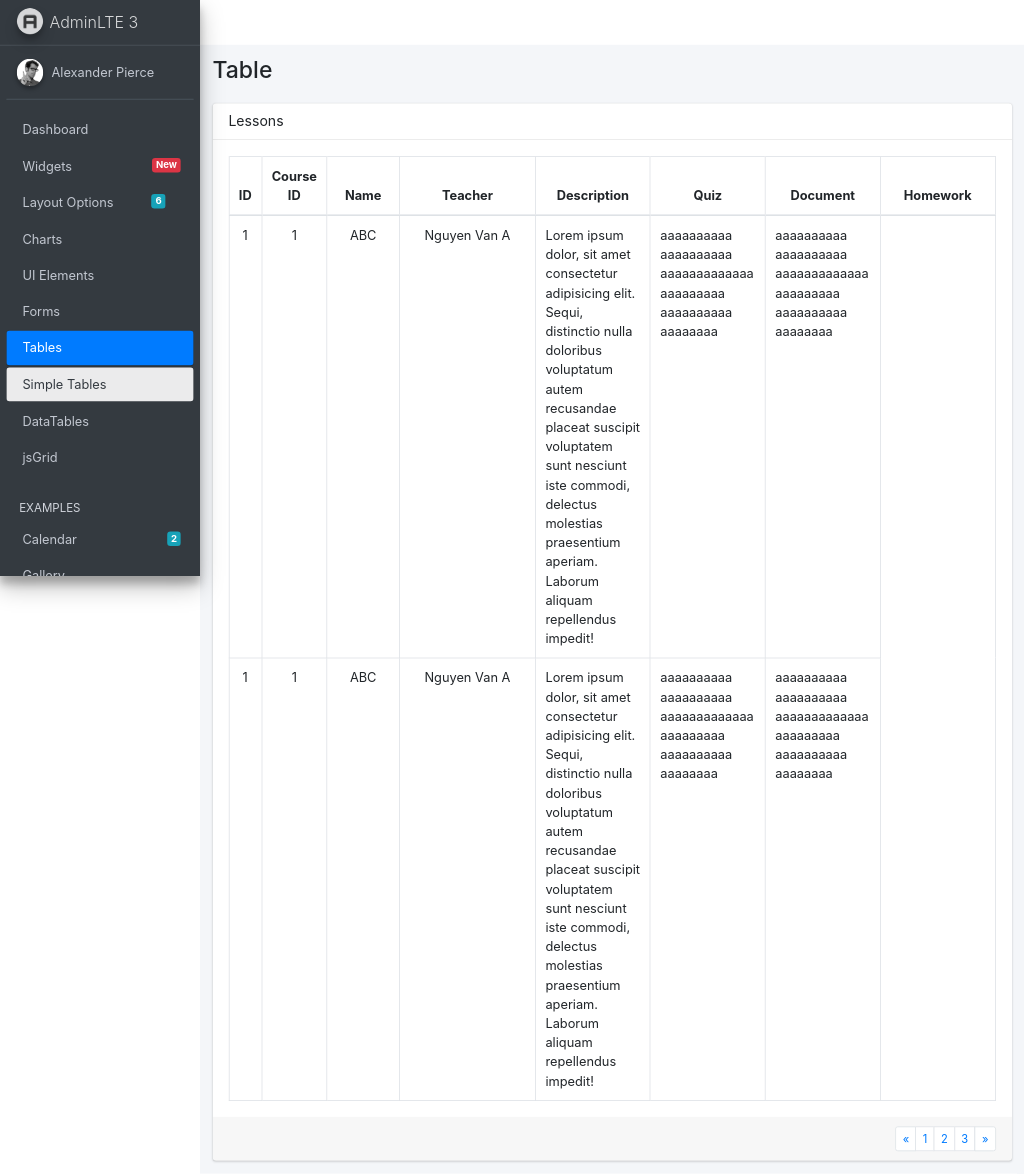
Repository: huyennvo/table
Page: http://localhost/table/lessons
These files come from the project's save history. The page is drawn as it stood at one moment and after the next save; the edit follows.
The browser window is 1280 px wide. The pictures show the whole page, at 80% of full size.
Some web fonts or font styles are not loaded; a fallback is used. The page is served by the project's Laravel application, run on PHP 8.4 with Laravel 8. Other server files are loaded and not shown.

Above is the page before, as saved 2022-08-11 19:34:27.

### routes/web.php
<?php

use Illuminate\Support\Facades\Route;

/*
|--------------------------------------------------------------------------
| Web Routes
|--------------------------------------------------------------------------
|
| Here is where you can register web routes for your application. These
| routes are loaded by the RouteServiceProvider within a group which
| contains the "web" middleware group. Now create something great!
|
*/

Route::get('/table', function () {
    return view('index');
});

Route::get('/table/courses', function () {
    return view('courses');
});

Route::get('/table/lessons', function () {
    return view('lessons');
});

### resources/views/layouts/content-header.blade.php
@extends('layouts.menu')
@section('content-header')
    <section class="content-header">
      <div class="container-fluid">
        <div class="row mb-2">
          <div class="col-sm-6">
            <h1>Table</h1>
          </div>
        </div>
      </div><!-- /.container-fluid -->
    </section>
@endsection

### resources/views/layouts/menu.blade.php
@extends('layouts.index')
@section('menu')
<div class="main-sidebar sidebar-dark-primary elevation-4" id="menu">
  <a href="../../index3.html" class="brand-link">
        <img src="../../dist/img/AdminLTELogo.png"
            alt="AdminLTE Logo"
            class="brand-image img-circle elevation-3"
            style="opacity: .8">
        <span class="brand-text font-weight-light">AdminLTE 3</span>
  </a>

    <!-- Sidebar -->
    <div class="sidebar">
      <!-- Sidebar user (optional) -->
      <div class="user-panel mt-3 pb-3 mb-3 d-flex">
        <div class="image">
          <img src="../../dist/img/user2-160x160.jpg" class="img-circle elevation-2" alt="User Image">
        </div>
        <div class="info">
          <a href="#" class="d-block">Alexander Pierce</a>
        </div>
      </div>

      <!-- Sidebar Menu -->
      <nav class="mt-2">
        <ul class="nav nav-pills nav-sidebar flex-column" data-widget="treeview" role="menu" data-accordion="false">
          <!-- Add icons to the links using the .nav-icon class
               with font-awesome or any other icon font library -->
          <li class="nav-item has-treeview">
            <a href="#" class="nav-link">
              <i class="nav-icon fas fa-tachometer-alt"></i>
              <p>
                Dashboard
                <i class="right fas fa-angle-left"></i>
              </p>
            </a>
            <ul class="nav nav-treeview">
              <li class="nav-item">
                <a href="../../index.html" class="nav-link">
                  <i class="far fa-circle nav-icon"></i>
                  <p>Dashboard v1</p>
                </a>
              </li>
              <li class="nav-item">
                <a href="../../index2.html" class="nav-link">
                  <i class="far fa-circle nav-icon"></i>
                  <p>Dashboard v2</p>
                </a>
              </li>
              <li class="nav-item">
                <a href="../../index3.html" class="nav-link">
                  <i class="far fa-circle nav-icon"></i>
                  <p>Dashboard v3</p>
                </a>
              </li>
            </ul>
          </li>
          <li class="nav-item">
            <a href="../widgets.html" class="nav-link">
              <i class="nav-icon fas fa-th"></i>
              <p>
                Widgets
                <span class="right badge badge-danger">New</span>
              </p>
            </a>
          </li>
          <li class="nav-item has-treeview">
            <a href="#" class="nav-link">
              <i class="nav-icon fas fa-copy"></i>
              <p>
                Layout Options
                <i class="fas fa-angle-left right"></i>
                <span class="badge badge-info right">6</span>
              </p>
            </a>
            <ul class="nav nav-treeview">
              <li class="nav-item">
                <a href="../layout/top-nav.html" class="nav-link">
                  <i class="far fa-circle nav-icon"></i>
                  <p>Top Navigation</p>
                </a>
              </li>
              <li class="nav-item">
                <a href="../layout/top-nav-sidebar.html" class="nav-link">
                  <i class="far fa-circle nav-icon"></i>
                  <p>Top Navigation + Sidebar</p>
                </a>
              </li>
              <li class="nav-item">
                <a href="../layout/boxed.html" class="nav-link">
                  <i class="far fa-circle nav-icon"></i>
                  <p>Boxed</p>
                </a>
              </li>
              <li class="nav-item">
                <a href="../layout/fixed-sidebar.html" class="nav-link">
                  <i class="far fa-circle nav-icon"></i>
                  <p>Fixed Sidebar</p>
                </a>
              </li>
              <li class="nav-item">
                <a href="../layout/fixed-topnav.html" class="nav-link">
                  <i class="far fa-circle nav-icon"></i>
                  <p>Fixed Navbar</p>
                </a>
              </li>
              <li class="nav-item">
                <a href="../layout/fixed-footer.html" class="nav-link">
                  <i class="far fa-circle nav-icon"></i>
                  <p>Fixed Footer</p>
                </a>
              </li>
              <li class="nav-item">
                <a href="../layout/collapsed-sidebar.html" class="nav-link">
                  <i class="far fa-circle nav-icon"></i>
                  <p>Collapsed Sidebar</p>
                </a>
              </li>
            </ul>
          </li>
          <li class="nav-item has-treeview">
            <a href="#" class="nav-link">
              <i class="nav-icon fas fa-chart-pie"></i>
              <p>
                Charts
                <i class="right fas fa-angle-left"></i>
              </p>
            </a>
            <ul class="nav nav-treeview">
              <li class="nav-item">
                <a href="../charts/chartjs.html" class="nav-link">
                  <i class="far fa-circle nav-icon"></i>
                  <p>ChartJS</p>
                </a>
              </li>
              <li class="nav-item">
                <a href="../charts/flot.html" class="nav-link">
                  <i class="far fa-circle nav-icon"></i>
                  <p>Flot</p>
                </a>
              </li>
              <li class="nav-item">
                <a href="../charts/inline.html" class="nav-link">
                  <i class="far fa-circle nav-icon"></i>
                  <p>Inline</p>
                </a>
              </li>
            </ul>
          </li>
          <li class="nav-item has-treeview">
            <a href="#" class="nav-link">
              <i class="nav-icon fas fa-tree"></i>
              <p>
                UI Elements
                <i class="fas fa-angle-left right"></i>
              </p>
            </a>
            <ul class="nav nav-treeview">
              <li class="nav-item">
                <a href="../UI/general.html" class="nav-link">
                  <i class="far fa-circle nav-icon"></i>
                  <p>General</p>
                </a>
              </li>
              <li class="nav-item">
                <a href="../UI/icons.html" class="nav-link">
                  <i class="far fa-circle nav-icon"></i>
                  <p>Icons</p>
                </a>
              </li>
              <li class="nav-item">
                <a href="../UI/buttons.html" class="nav-link">
                  <i class="far fa-circle nav-icon"></i>
                  <p>Buttons</p>
                </a>
              </li>
              <li class="nav-item">
                <a href="../UI/sliders.html" class="nav-link">
                  <i class="far fa-circle nav-icon"></i>
                  <p>Sliders</p>
                </a>
              </li>
              <li class="nav-item">
                <a href="../UI/modals.html" class="nav-link">
                  <i class="far fa-circle nav-icon"></i>
                  <p>Modals & Alerts</p>
                </a>
              </li>
              <li class="nav-item">
                <a href="../UI/navbar.html" class="nav-link">
                  <i class="far fa-circle nav-icon"></i>
                  <p>Navbar & Tabs</p>
                </a>
              </li>
              <li class="nav-item">
                <a href="../UI/timeline.html" class="nav-link">
                  <i class="far fa-circle nav-icon"></i>
                  <p>Timeline</p>
                </a>
              </li>
              <li class="nav-item">
                <a href="../UI/ribbons.html" class="nav-link">
                  <i class="far fa-circle nav-icon"></i>
                  <p>Ribbons</p>
                </a>
              </li>
            </ul>
          </li>
          <li class="nav-item has-treeview">
            <a href="#" class="nav-link">
              <i class="nav-icon fas fa-edit"></i>
              <p>
                Forms
                <i class="fas fa-angle-left right"></i>
              </p>
            </a>
            <ul class="nav nav-treeview">
              <li class="nav-item">
                <a href="../forms/general.html" class="nav-link">
                  <i class="far fa-circle nav-icon"></i>
                  <p>General Elements</p>
                </a>
              </li>
              <li class="nav-item">
                <a href="../forms/advanced.html" class="nav-link">
                  <i class="far fa-circle nav-icon"></i>
                  <p>Advanced Elements</p>
                </a>
              </li>
              <li class="nav-item">
                <a href="../forms/editors.html" class="nav-link">
                  <i class="far fa-circle nav-icon"></i>
                  <p>Editors</p>
                </a>
              </li>
              <li class="nav-item">
                <a href="../forms/validation.html" class="nav-link">
                  <i class="far fa-circle nav-icon"></i>
                  <p>Validation</p>
                </a>
              </li>
            </ul>
          </li>
          <li class="nav-item has-treeview menu-open">
            <a href="#" class="nav-link active">
              <i class="nav-icon fas fa-table"></i>
              <p>
                Tables
                <i class="fas fa-angle-left right"></i>
              </p>
            </a>
            <ul class="nav nav-treeview">
              <li class="nav-item">
                <a href="../tables/simple.html" class="nav-link active">
                  <i class="far fa-circle nav-icon"></i>
                  <p>Simple Tables</p>
                </a>
              </li>
              <li class="nav-item">
                <a href="../tables/data.html" class="nav-link">
                  <i class="far fa-circle nav-icon"></i>
                  <p>DataTables</p>
                </a>
              </li>
              <li class="nav-item">
                <a href="../tables/jsgrid.html" class="nav-link">
                  <i class="far fa-circle nav-icon"></i>
                  <p>jsGrid</p>
                </a>
              </li>
            </ul>
          </li>
          <li class="nav-header">EXAMPLES</li>
          <li class="nav-item">
            <a href="../calendar.html" class="nav-link">
              <i class="nav-icon far fa-calendar-alt"></i>
              <p>
                Calendar
                <span class="badge badge-info right">2</span>
              </p>
            </a>
          </li>
          <li class="nav-item">
            <a href="../gallery.html" class="nav-link">
              <i class="nav-icon far fa-image"></i>
              <p>
                Gallery
              </p>
            </a>
          </li>
          <li class="nav-item has-treeview">
            <a href="#" class="nav-link">
              <i class="nav-icon far fa-envelope"></i>
              <p>
                Mailbox
                <i class="fas fa-angle-left right"></i>
              </p>
            </a>
            <ul class="nav nav-treeview">
              <li class="nav-item">
                <a href="../mailbox/mailbox.html" class="nav-link">
                  <i class="far fa-circle nav-icon"></i>
                  <p>Inbox</p>
                </a>
              </li>
              <li class="nav-item">
                <a href="../mailbox/compose.html" class="nav-link">
                  <i class="far fa-circle nav-icon"></i>
                  <p>Compose</p>
                </a>
              </li>
              <li class="nav-item">
                <a href="../mailbox/read-mail.html" class="nav-link">
                  <i class="far fa-circle nav-icon"></i>
                  <p>Read</p>
                </a>
              </li>
            </ul>
          </li>
          <li class="nav-item has-treeview">
            <a href="#" class="nav-link">
              <i class="nav-icon fas fa-book"></i>
              <p>
                Pages
                <i class="fas fa-angle-left right"></i>
              </p>
            </a>
            <ul class="nav nav-treeview">
              <li class="nav-item">
                <a href="../examples/invoice.html" class="nav-link">
                  <i class="far fa-circle nav-icon"></i>
                  <p>Invoice</p>
                </a>
              </li>
              <li class="nav-item">
                <a href="../examples/profile.html" class="nav-link">
                  <i class="far fa-circle nav-icon"></i>
                  <p>Profile</p>
                </a>
              </li>
              <li class="nav-item">
                <a href="../examples/e-commerce.html" class="nav-link">
                  <i class="far fa-circle nav-icon"></i>
                  <p>E-commerce</p>
                </a>
              </li>
              <li class="nav-item">
                <a href="../examples/projects.html" class="nav-link">
                  <i class="far fa-circle nav-icon"></i>
                  <p>Projects</p>
                </a>
              </li>
              <li class="nav-item">
                <a href="../examples/project-add.html" class="nav-link">
                  <i class="far fa-circle nav-icon"></i>
                  <p>Project Add</p>
                </a>
              </li>
              <li class="nav-item">
                <a href="../examples/project-edit.html" class="nav-link">
                  <i class="far fa-circle nav-icon"></i>
                  <p>Project Edit</p>
                </a>
              </li>
              <li class="nav-item">
                <a href="../examples/project-detail.html" class="nav-link">
                  <i class="far fa-circle nav-icon"></i>
                  <p>Project Detail</p>
                </a>
              </li>
              <li class="nav-item">
                <a href="../examples/contacts.html" class="nav-link">
                  <i class="far fa-circle nav-icon"></i>
                  <p>Contacts</p>
                </a>
              </li>
            </ul>
          </li>
          <li class="nav-item has-treeview">
            <a href="#" class="nav-link">
              <i class="nav-icon far fa-plus-square"></i>
              <p>
                Extras
                <i class="fas fa-angle-left right"></i>
              </p>
            </a>
            <ul class="nav nav-treeview">
              <li class="nav-item">
                <a href="../examples/login.html" class="nav-link">
                  <i class="far fa-circle nav-icon"></i>
                  <p>Login</p>
                </a>
              </li>
              <li class="nav-item">
                <a href="../examples/register.html" class="nav-link">
                  <i class="far fa-circle nav-icon"></i>
                  <p>Register</p>
                </a>
              </li>
              <li class="nav-item">
                <a href="../examples/forgot-password.html" class="nav-link">
                  <i class="far fa-circle nav-icon"></i>
                  <p>Forgot Password</p>
                </a>
              </li>
              <li class="nav-item">
                <a href="../examples/recover-password.html" class="nav-link">
                  <i class="far fa-circle nav-icon"></i>
                  <p>Recover Password</p>
                </a>
              </li>
              <li class="nav-item">
                <a href="../examples/lockscreen.html" class="nav-link">
                  <i class="far fa-circle nav-icon"></i>
                  <p>Lockscreen</p>
                </a>
              </li>
              <li class="nav-item">
                <a href="../examples/legacy-user-menu.html" class="nav-link">
                  <i class="far fa-circle nav-icon"></i>
                  <p>Legacy User Menu</p>
                </a>
              </li>
              <li class="nav-item">
                <a href="../examples/language-menu.html" class="nav-link">
                  <i class="far fa-circle nav-icon"></i>
                  <p>Language Menu</p>
                </a>
              </li>
              <li class="nav-item">
                <a href="../examples/404.html" class="nav-link">
                  <i class="far fa-circle nav-icon"></i>
                  <p>Error 404</p>
                </a>
              </li>
              <li class="nav-item">
                <a href="../examples/500.html" class="nav-link">
                  <i class="far fa-circle nav-icon"></i>
                  <p>Error 500</p>
                </a>
              </li>
              <li class="nav-item">
                <a href="../examples/pace.html" class="nav-link">
                  <i class="far fa-circle nav-icon"></i>
                  <p>Pace</p>
                </a>
              </li>
              <li class="nav-item">
                <a href="../examples/blank.html" class="nav-link">
                  <i class="far fa-circle nav-icon"></i>
                  <p>Blank Page</p>
                </a>
              </li>
              <li class="nav-item">
                <a href="../../starter.html" class="nav-link">
                  <i class="far fa-circle nav-icon"></i>
                  <p>Starter Page</p>
                </a>
              </li>
            </ul>
          </li>


        </ul>
      </nav>
      <!-- /.sidebar-menu -->
    </div>
    <!-- /.sidebar -->
</div>
    <!-- <aside >

    </aside> -->

@endsection

### resources/views/layouts/index.blade.php
<!DOCTYPE html>
<html>
<head>
  <meta charset="utf-8">
  <meta http-equiv="X-UA-Compatible" content="IE=edge">
  <title>Table</title>
  <meta name="viewport" content="width=device-width, initial-scale=1">

  <link rel="stylesheet" href="{{asset('css/adminlte.min.css')}}">
  <link rel="stylesheet" href="{{asset('css/style.css')}}">
  <!-- Google Font: Source Sans Pro -->
  <link href="https://fonts.googleapis.com/css?family=Source+Sans+Pro:300,400,400i,700" rel="stylesheet">
</head>
<body class="hold-transition sidebar-mini">
  <h1>hello</h1>
<!-- <div class="wrapper"> -->
@yield('menu')

<div class="content-wrapper">

@yield('content-header')

@yield('content-body')

</div>


  <!-- /.content-wrapper -->
  <!-- /.control-sidebar -->
<!-- </div> -->

</body>
</html>

### public/css/style.css
th {
    text-align: center;
}

.course-id {
    text-align: center;
}

.name {
    text-align: center;
}

#menu {
    background-color: #343A40;
    height: 100vh;
}

Loaded but not shown: public/css/adminlte.min.css (library); resources/views/lessons.blade.php (79 lines, source omitted)

After the next save:
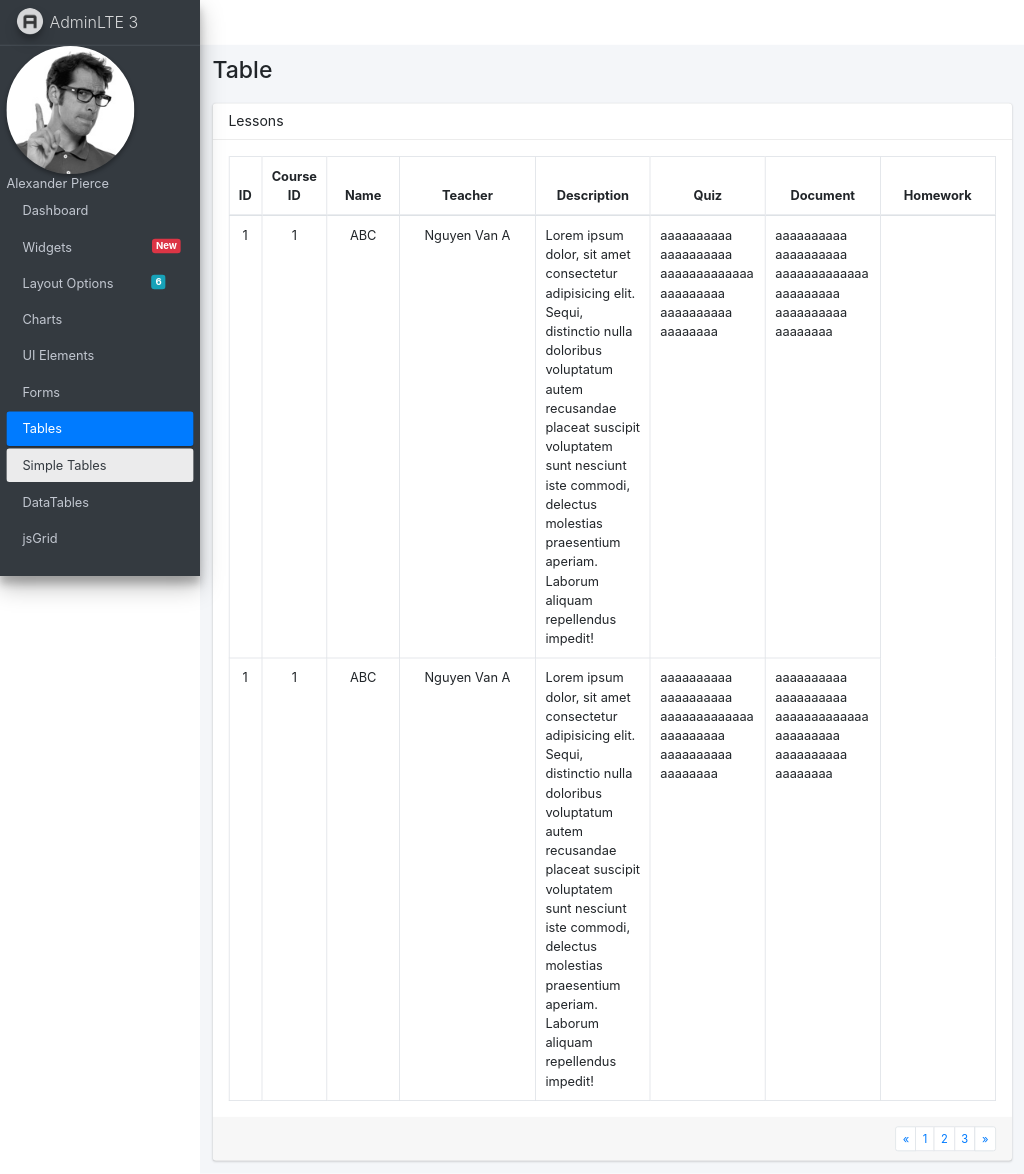
Saved 95 s later.
--- a/resources/views/layouts/menu.blade.php
+++ b/resources/views/layouts/menu.blade.php
@@ -9,10 +9,12 @@
         <span class="brand-text font-weight-light">AdminLTE 3</span>
   </a>
 
+  <!-- class="user-panel mt-3 pb-3 mb-3 d-flex"
+  class="mt-2" -->
     <!-- Sidebar -->
     <div class="sidebar">
       <!-- Sidebar user (optional) -->
-      <div class="user-panel mt-3 pb-3 mb-3 d-flex">
+      <div>
         <div class="image">
           <img src="../../dist/img/user2-160x160.jpg" class="img-circle elevation-2" alt="User Image">
         </div>
@@ -22,7 +24,7 @@
       </div>
 
       <!-- Sidebar Menu -->
-      <nav class="mt-2">
+      <nav >
         <ul class="nav nav-pills nav-sidebar flex-column" data-widget="treeview" role="menu" data-accordion="false">
           <!-- Add icons to the links using the .nav-icon class
                with font-awesome or any other icon font library -->
